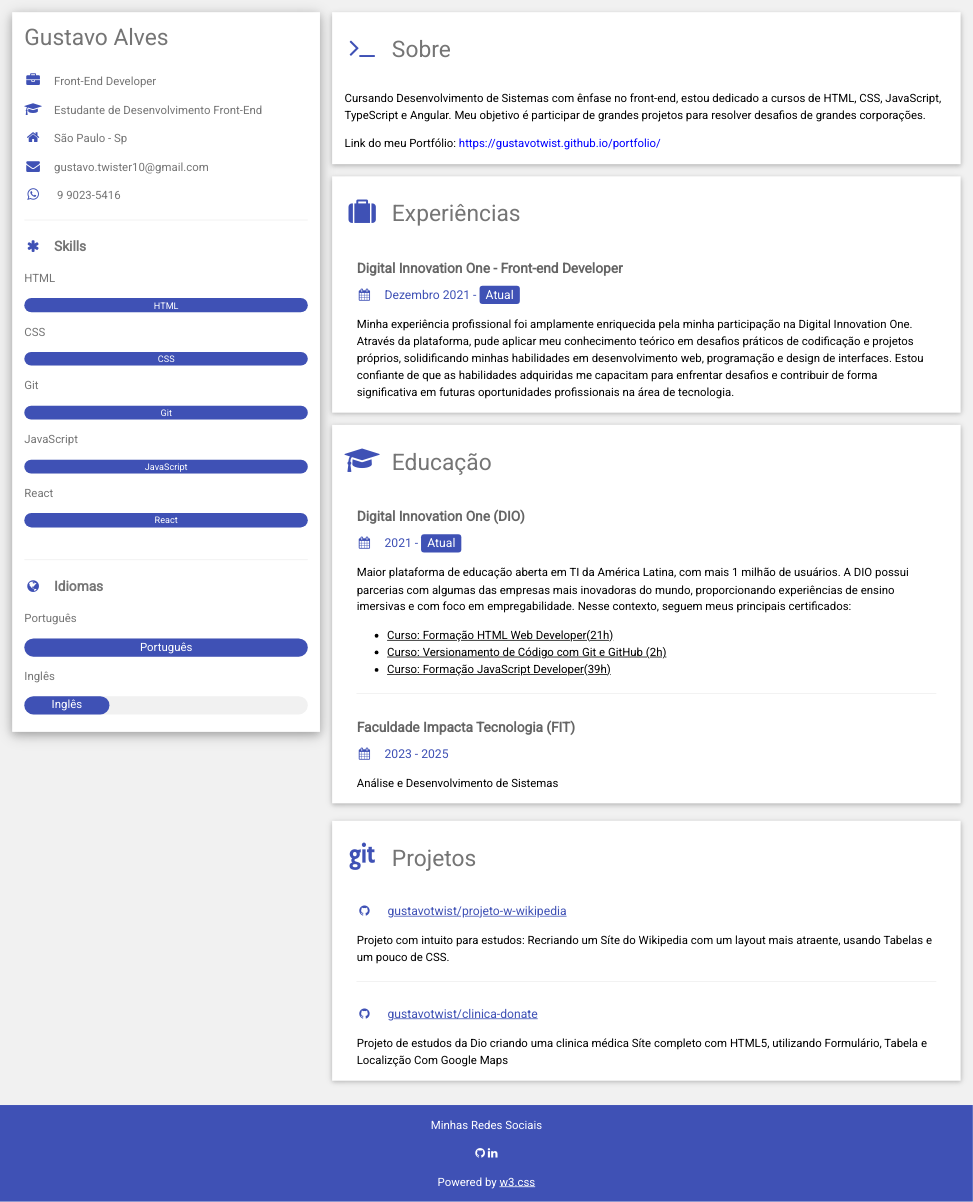
Repository: gustavotwist/cv
Page: index.html
An editor plug-in stored every save of this project. The page is shown before and after a run of saves, followed by the edit.
The browser window is 1280 px wide. The pictures show the whole page, at 76% of full size.

Above is the page before, as saved 2025-03-09 11:13:02.

### index.html
<!DOCTYPE html>
<!-- @falvojr: Reference article https://www.w3schools.com/howto/howto_website_create_resume.asp -->
<!-- @falvojr: Useful link to use fontawesome (fa) icons: https://fontawesome.com/v4/icons/ -->
<html lang="pt-BR">

  <head>
    <title>Gustavo Alves</title>

    <meta http-equiv="Content-Type" content="text/html; charset=UTF-8">
    <meta name="viewport" content="width=device-width, initial-scale=1">

    <link rel="stylesheet" href="https://www.w3schools.com/w3css/4/w3.css">
    <link rel='stylesheet' href='https://fonts.googleapis.com/css?family=Roboto'>
    <link rel="stylesheet" href="https://cdnjs.cloudflare.com/ajax/libs/font-awesome/4.7.0/css/font-awesome.min.css">

    <style>
      html,body,h1,h2,h3,h4,h5,h6 {font-family: "Roboto", sans-serif}
    </style>

  </head>

  <body class="w3-light-grey" cz-shortcut-listen="true">

    <!-- Page Container -->
    <div class="w3-content w3-margin-top" style="max-width:1400px;">

      <!-- The Grid -->
      <div class="w3-row-padding">

        <!-- Left Column -->
        <div class="w3-third">

          <div class="w3-white w3-text-grey w3-card-4">
            <!-- @falvojr: This container has been modified to not use a profile picture. -->
            <div class="w3-container">
              <h2>Gustavo Alves</h2>
            </div>
            <div class="w3-container">
              <p><i class="fa fa-briefcase fa-fw w3-margin-right w3-large w3-text-indigo"></i>Front-End Developer</p>
              <p><i class="fa fa-graduation-cap fa-fw w3-margin-right w3-large w3-text-indigo"></i>Estudante de Desenvolvimento Front-End</p>
              <p><i class="fa fa-home fa-fw w3-margin-right w3-large w3-text-indigo"></i>São Paulo - Sp</p>
              <p><i class="fa fa-envelope fa-fw w3-margin-right w3-large w3-text-indigo"></i><a href="mailto:gustavo.twister10@gmail.com" style="text-decoration: none;">gustavo.twister10@gmail.com</a></p>
              <p ><i class="fa fa-whatsapp fa-fw w3-margin-right w3-large w3-text-indigo"></i> <a href="tel:(11) 9 9023-5416" style="text-decoration: none;"> 9 9023-5416</a> </p>
              <hr>

              <p class="w3-large">
                <b><i class="fa fa-asterisk fa-fw w3-margin-right w3-text-indigo"></i>Skills</b>
              </p>
              <p>HTML</p>
              <div class="w3-light-grey w3-round-xlarge w3-small">
                <div class="w3-container w3-center w3-round-xlarge w3-indigo" style="width:100%">HTML</div>
              </div>
              <p>CSS</p>
              <div class="w3-light-grey w3-round-xlarge w3-small">
                <div class="w3-container w3-center w3-round-xlarge w3-indigo" style="width:100%">CSS</div>
              </div>
              <p>Git</p>
              <div class="w3-light-grey w3-round-xlarge w3-small">
                <div class="w3-container w3-center w3-round-xlarge w3-indigo" style="width:100%">Git</div>
              </div>
              <p>JavaScript</p>
              <div class="w3-light-grey w3-round-xlarge w3-small">
                <div class="w3-container w3-center w3-round-xlarge w3-indigo" style="width:100%">JavaScript</div>
              </div>
              <p>React</p>
              <div class="w3-light-grey w3-round-xlarge w3-small">
                <div class="w3-container w3-center w3-round-xlarge w3-indigo" style="width:100%">React</div>
              </div>
              <br>
              <hr>
              <p class="w3-large w3-text-theme">
                <b><i class="fa fa-globe fa-fw w3-margin-right w3-text-indigo"></i>Idiomas</b>
              </p>
              <p>Português</p>
              <div class="w3-light-grey w3-round-xlarge">
                <div class="w3-container w3-center w3-round-xlarge w3-indigo" style="height:24px;width:100%">Português</div>
              </div>
              <p>Inglês</p>
              <div class="w3-light-grey w3-round-xlarge">
                <div class="w3-container w3-center w3-round-xlarge w3-indigo" style="height:24px;width:30%">Inglês</div>
              </div>
              <br>
            </div>
          </div><br>

          <!-- End Left Column -->
        </div>

        <!-- Right Column -->
        <div class="w3-twothird">

          <div class="w3-container w3-card w3-white w3-margin-bottom">
            <h2 class="w3-text-grey w3-padding-16"><i class="fa fa-terminal fa-fw w3-margin-right w3-xxlarge w3-text-indigo"></i>Sobre</h2>
            <p>Cursando Desenvolvimento de Sistemas com ênfase no front-end, estou dedicado a cursos de HTML, CSS, JavaScript, TypeScript e Angular. Meu objetivo é participar de grandes projetos para resolver desafios de grandes corporações.</p>
            <p>Link do meu Portfólio: <a href="https://gustavotwist.github.io/portfolio/" target="_blank" style="color: blue; text-decoration: none;">https://gustavotwist.github.io/portfolio/</a></p>
          </div>

          <div class="w3-container w3-card w3-white w3-margin-bottom">
            <h2 class="w3-text-grey w3-padding-16">
              <i class="fa fa-suitcase fa-fw w3-margin-right w3-xxlarge w3-text-indigo"></i>Experiências
            </h2>
            <div class="w3-container">
              <h5 class="w3-opacity"><b>Digital Innovation One - Front-end Developer</b></h5>
                <h6 class="w3-text-indigo"><i class="fa fa-calendar fa-fw w3-margin-right"></i>Dezembro 2021 - <span class="w3-tag w3-indigo w3-round">Atual</span></h6>
                <p>
                    Minha experiência profissional foi amplamente enriquecida pela minha participação na Digital Innovation One. Através da plataforma, pude aplicar meu conhecimento teórico em desafios práticos de codificação e projetos próprios, solidificando minhas habilidades em desenvolvimento web, programação e design de interfaces. Estou confiante de que as habilidades adquiridas me capacitam para enfrentar desafios e contribuir de forma significativa em futuras oportunidades profissionais na área de tecnologia.
                </p>

            </div>
          </div>

          <div class="w3-container w3-card w3-white">
            <h2 class="w3-text-grey w3-padding-16">
              <i class="fa fa-graduation-cap fa-fw w3-margin-right w3-xxlarge w3-text-indigo"></i>Educação
            </h2>
            <div class="w3-container">
              <h5 class="w3-opacity"><b>Digital Innovation One (DIO)</b></h5>
              <h6 class="w3-text-indigo"><i class="fa fa-calendar fa-fw w3-margin-right"></i>2021 - <span class="w3-tag w3-indigo w3-round">Atual</span></h6>
              <p>
                Maior plataforma de educação aberta em TI da América Latina, com mais 1 milhão de usuários.
                A DIO possui parcerias com algumas das empresas mais inovadoras do mundo, proporcionando experiências
                de ensino imersivas e com foco em empregabilidade. Nesse contexto, seguem meus principais certificados:
              </p>
              <ul>
                <li><a href="https://www.dio.me/certificate/VDSNYTO5" target="_blank">Curso: Formação HTML Web Developer(21h)</a></li>
                <li><a href="https://www.dio.me/certificate/EA66CA6A" target="_blank">Curso: Versionamento de Código com Git e GitHub (2h)</a></li>
                <li><a href="https://www.dio.me/certificate/OST0WIWG" target="_blank">Curso: Formação JavaScript Developer(39h)</a></li>
              </ul>
              <hr>
            </div>
            <div class="w3-container">
              <h5 class="w3-opacity"><b>Faculdade Impacta Tecnologia (FIT)</b></h5>
              <h6 class="w3-text-indigo"><i class="fa fa-calendar fa-fw w3-margin-right"></i>2023 - 2025</h6>
              <p>Análise e Desenvolvimento de Sistemas</p>
            </div>
          </div><br>
          <div class="w3-container w3-card w3-white w3-margin-bottom">
            <h2 class="w3-text-grey w3-padding-16">
              <i class="fa fa-git fa-fw w3-margin-right w3-xxlarge w3-text-indigo"></i>Projetos
            </h2>
            <div class="w3-container">
              <h6 class="w3-text-indigo">
                <i class="fa fa-github fa-fw w3-margin-right"></i>
                <a href="https://github.com/gustavotwist/projeto-w-wikipedia" target="_blank">gustavotwist/projeto-w-wikipedia</a>
              </h6>
              <p>Projeto com intuito para estudos: Recriando um Síte do Wikipedia com um layout mais atraente, usando Tabelas e um pouco de CSS.</p>
              <hr>
            </div>
            <div class="w3-container">
              <h6 class="w3-text-indigo">
                <i class="fa fa-github fa-fw w3-margin-right"></i>
                <a href="https://github.com/gustavotwist/clinica-donate" target="_blank">gustavotwist/clinica-donate</a>
              </h6>
              <p>Projeto de estudos da Dio criando uma clinica médica Síte completo com HTML5, utilizando Formulário, Tabela e Localizção Com Google Maps</p>
            </div>
          </div>

          <!-- End Right Column -->
        </div>

        <!-- End Grid -->
      </div>

      <!-- End Page Container -->
    </div>

    <footer class="w3-container w3-indigo w3-center w3-margin-top">
      <p>Minhas Redes Sociais</p>
      <a href="https://github.com/gustavotwist" target="_blank"><i class="fa fa-github w3-hover-opacity"></i></a>
      <a href="https://www.linkedin.com/in/gustavoalves7/" target="_blank"><i class="fa fa-linkedin w3-hover-opacity"></i></a>
      <p>Powered by <a href="https://www.w3schools.com/w3css/default.asp" target="_blank">w3.css</a></p>
    </footer>

  </body>

</html>

After the next 2 saves:
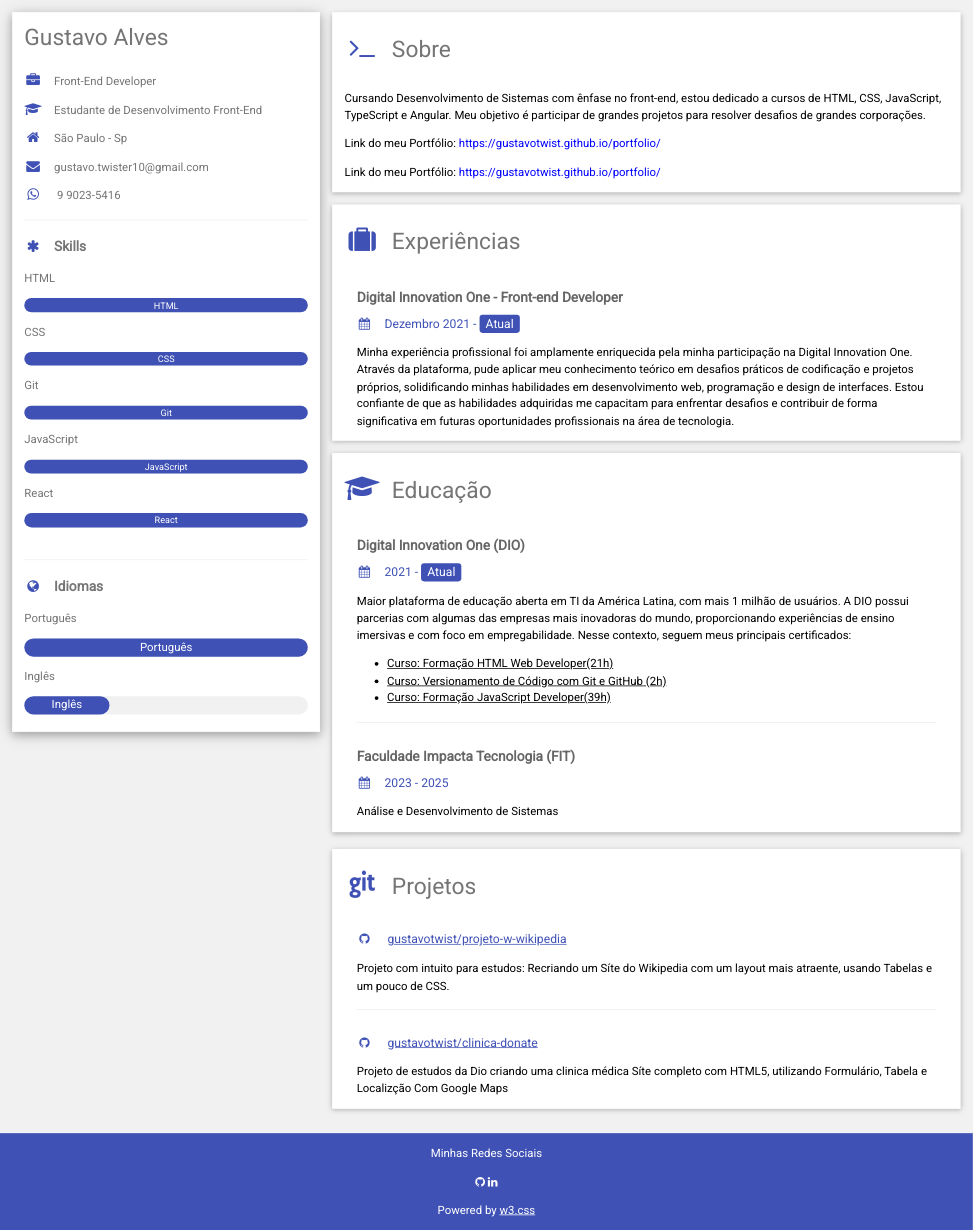
The 2 saves are shown as one change because they came seconds apart.
The last was saved 4 min 12 s later.
--- a/index.html
+++ b/index.html
@@ -93,6 +93,7 @@
             <h2 class="w3-text-grey w3-padding-16"><i class="fa fa-terminal fa-fw w3-margin-right w3-xxlarge w3-text-indigo"></i>Sobre</h2>
             <p>Cursando Desenvolvimento de Sistemas com ênfase no front-end, estou dedicado a cursos de HTML, CSS, JavaScript, TypeScript e Angular. Meu objetivo é participar de grandes projetos para resolver desafios de grandes corporações.</p>
             <p>Link do meu Portfólio: <a href="https://gustavotwist.github.io/portfolio/" target="_blank" style="color: blue; text-decoration: none;">https://gustavotwist.github.io/portfolio/</a></p>
+            <p>Link do meu Portfólio: <a href="https://gustavotwist.github.io/portfolio/" target="_blank" style="color: blue; text-decoration: none;">https://gustavotwist.github.io/portfolio/</a></p>
           </div>
 
           <div class="w3-container w3-card w3-white w3-margin-bottom">
